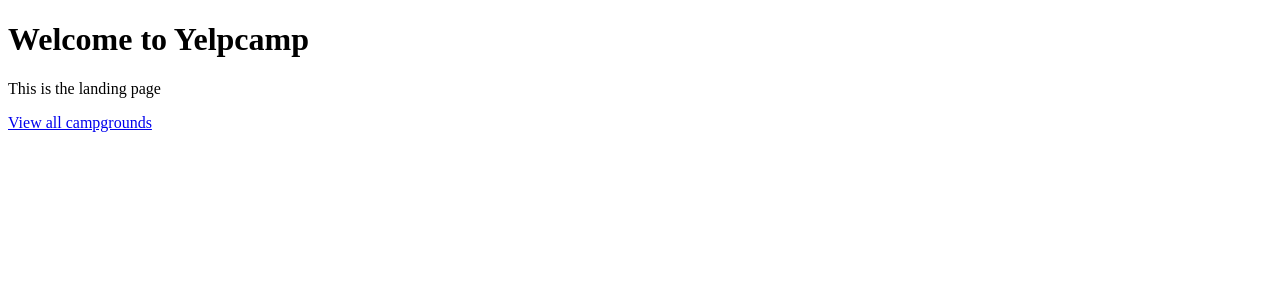
Repository: ninad1999/Yelp-Camp
Page: http://localhost/
The author's editor kept a record of every edit. The page is drawn from the files as they stood at one moment, then again after the next edit.
The browser window is 1280 px wide. The pictures show the whole page.
The page is served by the project's Node server (V1/app.js).

Above is the page before.

### workspace/V1/views/landing.ejs
<% include partials/header %>
<h1>Welcome to Yelpcamp</h1>

<p>This is the landing page</p>

<a href="/campgrounds">View all campgrounds</a>

<% include partials/footer %>

### workspace/V1/views/partials/header.ejs
<!DOCTYPE html>
<html>
    <head>
        <title>YelpCamp</title>
    </head>
    <body>

### workspace/V1/app.js
var express = require("express");
var app = express();
var bodyParser = require("body-parser");

app.use(bodyParser.urlencoded({extended: true}));
app.set("view engine", "ejs");

var campgrounds = [
   {name: "Salmon Creek", image: "https://farm8.staticflickr.com/7564/16034358725_fe2dde7f2e.jpg"},
   {name: "Granite Hill", image: "https://farm4.staticflickr.com/3146/2980811752_4b0df9d215.jpg"},
   {name: "Mountain Goat's Rest", image: "https://farm4.staticflickr.com/3832/9603531635_e348167e39.jpg"},
   {name: "Salmon Creek", image: "https://farm8.staticflickr.com/7564/16034358725_fe2dde7f2e.jpg"},
   {name: "Granite Hill", image: "https://farm4.staticflickr.com/3146/2980811752_4b0df9d215.jpg"},
   {name: "Mountain Goat's Rest", image: "https://farm4.staticflickr.com/3832/9603531635_e348167e39.jpg"},
   {name: "Salmon Creek", image: "https://farm8.staticflickr.com/7564/16034358725_fe2dde7f2e.jpg"},
   {name: "Granite Hill", image: "https://farm4.staticflickr.com/3146/2980811752_4b0df9d215.jpg"},
   {name: "Mountain Goat's Rest", image: "https://farm4.staticflickr.com/3832/9603531635_e348167e39.jpg"}
   ];

app.get("/", function(req, res) {
   res.render("landing");
});

// to diplay all the campgrounds
app.get("/campgrounds", function(req, res) {
    res.render("campgrounds", {campgrounds: campgrounds});
});

// post route where you can create a new campgrounds
app.post("/campgrounds", function(req, res) {
   var name = req.body.name;
   var image = req.body.image;
   var newCampground = {name:name, image:image};
   campgrounds.push(newCampground);

   res.redirect("/campgrounds");
});

// this route should show the route that will send the data to the post route
app.get("/campgrounds/new", function(req, res) {
    res.render("new");
});

app.listen(process.env.PORT, process.env.IP, function() {
    console.log("The YelpCamp server has started!");
});

Loaded but not shown: workspace/V1/views/partials/footer.ejs (common file)

After the next edit:
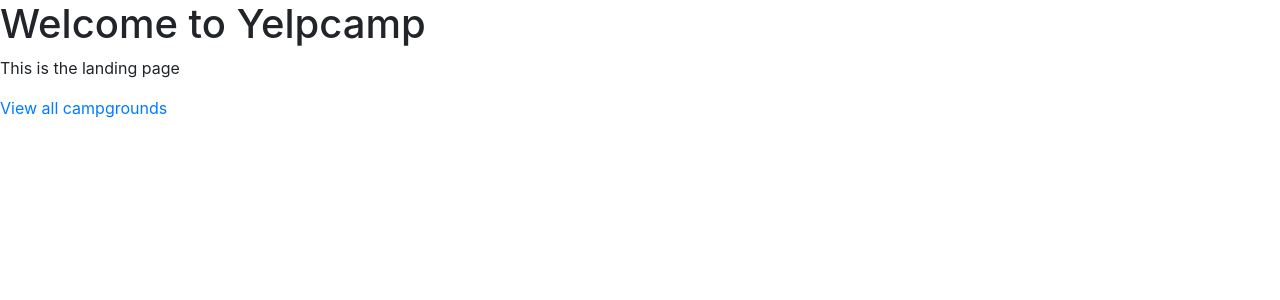
The edit:
--- a/workspace/V1/views/partials/header.ejs
+++ b/workspace/V1/views/partials/header.ejs
@@ -2,5 +2,6 @@
 <html>
     <head>
         <title>YelpCamp</title>
+        <link rel="stylesheet" href="https://stackpath.bootstrapcdn.com/bootstrap/4.1.3/css/bootstrap.min.css">
     </head>
     <body>
